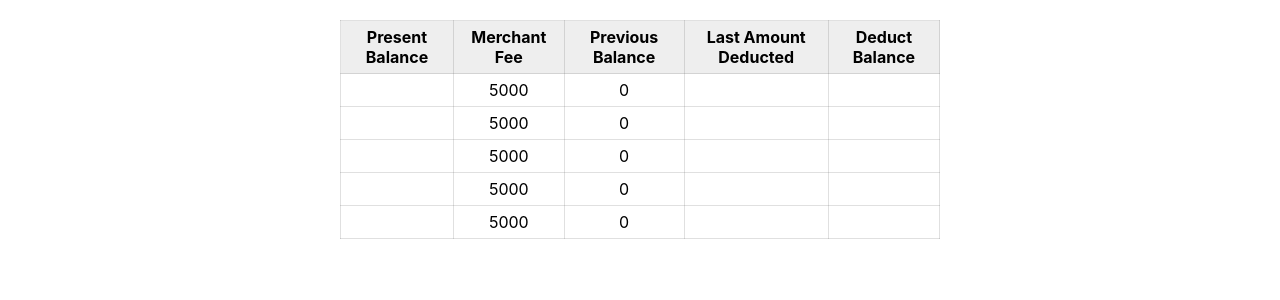
Repository: Anubhavgarg/pomelopay
Page: / (app in my-app/)
The author's editor kept a copy of each file at every save. The page is drawn from the files as they stood at one save, then again after the next save.
The browser window is 1280 px wide. The pictures show the whole page.
The project was rebuilt for these pictures with package versions that can differ from the ones it lists, and the page was loaded fresh each time.

Above is the page before, as saved 2020-02-22 00:19:53.

After the next save:
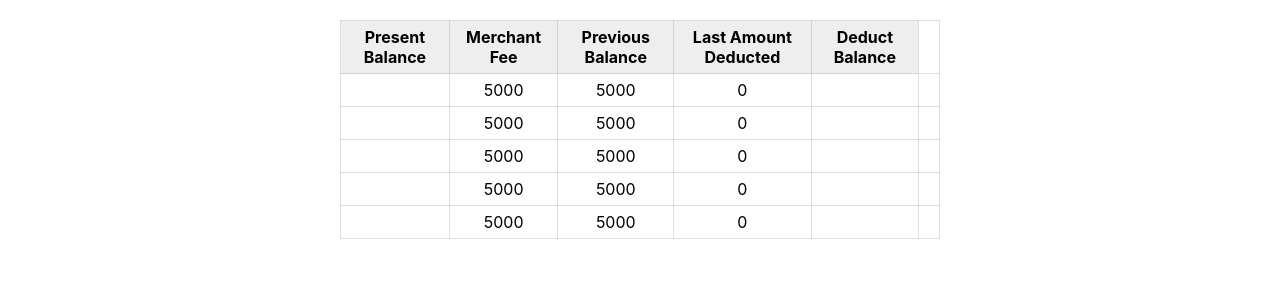
Saved 7 s later.
--- a/my-app/src/App.js
+++ b/my-app/src/App.js
@@ -32,6 +32,7 @@ function App() {
                 <tr key={item.presentBalance}>
                   <td>{item.merhantFee}</td>
                   <td>{item.previousBalance}</td>
+                  <td>{item.previousBalance}</td>
                   <td>{item.deductBalance}</td>
                   <td>{item.available}</td>
                   <td>{item.available}</td>
